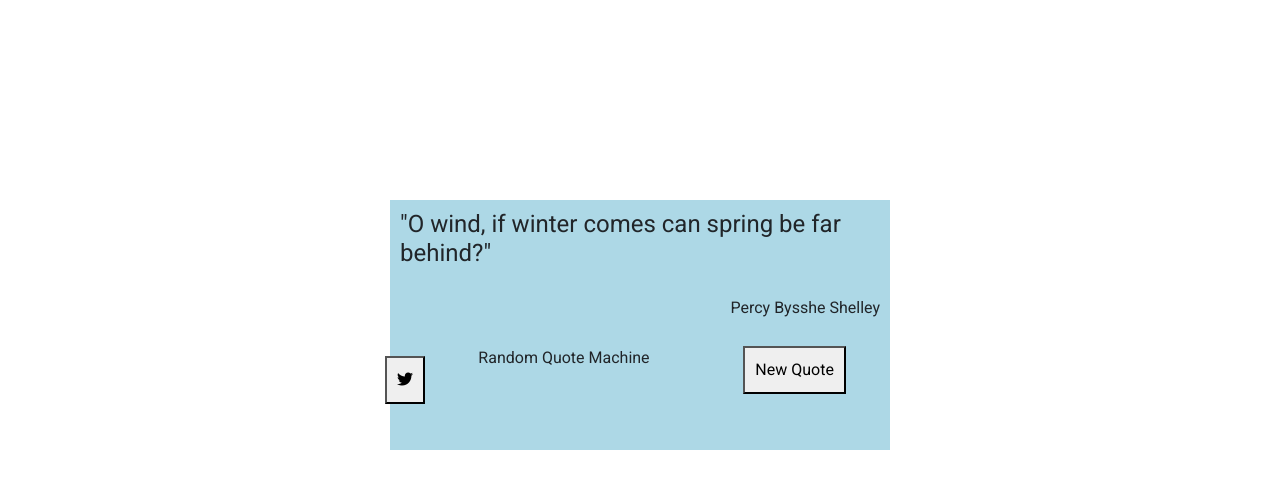
Repository: derektypist/random-quote-machine
Page: index.html
The author's editor kept a record of every edit. The page is drawn from the files as they stood at one moment, then again after the next edit.
The browser window is 1280 px wide. The pictures show the whole page.
Some web libraries are served in a nearby version.

Above is the page before.

### index.html
<!DOCTYPE html>
<html lang="en">

<head>
    <meta charset="UTF-8">
    <meta name="viewport" content="width=device-width, initial-scale=1.0">
    <meta http-equiv="X-UA-Compatible" content="ie=edge">
    <title>Random Quote Machine</title>
    <!-- Load Style Sheets -->
    <link rel="stylesheet" href="https://maxcdn.bootstrapcdn.com/bootstrap/4.4.1/css/bootstrap.min.css" integrity="sha384-Vkoo8x4CGsO3+Hhxv8T/Q5PaXtkKtu6ug5TOeNV6gBiFeWPGFN9MuhOf23Q9Ifjh" crossorigin="anonymous">
    <link rel="stylesheet" href="https://use.fontawesome.com/releases/v5.8.1/css/all.css" integrity="sha384-50oBUHEmvpQ+1lW4y57PTFmhCaXp0ML5d60M1M7uH2+nqUivzIebhndOJK28anvf" crossorigin="anonymous">
    <link href="https://fonts.googleapis.com/css?family=Roboto&display=swap" rel="stylesheet">
    <style>
        /* Quote Box */

        #quote-box {
            font-family: "Roboto", Arial, Verdana, sans-serif;
            background-color: lightblue;
            display: block;
            position: relative;
            top: 200px;
            height: 250px;
            width: 500px;
            margin: auto;

        }

        #text {
            padding: 10px;
        }

        #author {
            text-align: right;
            padding: 10px;
        }

        #tweet-quote {
            padding: 10px;
        }



        #tweet-quote button {
            text-align: center;
            padding: 10px;

        }

        #tweet-quote:hover button {
            background-color: orange;
        }

        #new-quote {
            padding: 10px;
        }
    </style>

    <!-- Load Scripts -->
    <script src="https://ajax.googleapis.com/ajax/libs/jquery/3.4.1/jquery.min.js"></script>
    <script>
        // Define Function for New Quote
        function displayNewQuote() {
            // Set Up Random Index

            let randomIndex = Math.floor(Math.random() * 13);

            // Set Up Constants noting use of Escape Characters

            const possibleText = ["\"Hope smiles from the threshold of the year to come whispering.  It will be happier.\"",
                "\"O wind, if winter comes can spring be far behind?\"",
                "\"Spring is nature's way of saying 'Let's Party'.\"",
                "\"Sweet April showers do spring May Flowers.\"",
                "\"As full of spirit as the month of May, and as gorgeous as the sun in Midsummer.\"",
                "\"There are two seasons in Scotland: June and Winter.\"",
                "\"People don't notice whether it's winter or summer when they're happy.\"",
                "\"Summer Afternoon---summer afternoon; to me those have always been the first two beautiful words in the English Language.\"",
                "\"Autumn is a second spring when every leaf is a flower.\"",
                "\"In seed time learn, in harvest teach, in winter enjoy.\"",
                "\"Winter is the time for comfort, for good food and warmth, for the touch of a friendly hand and a talk beside the fire: it is time for home.\"",
                "\"Thank you for your kind words.\"",
                "\"It looks as though you had a great time Derek.\""
            ];
            const text = possibleText[randomIndex];
            const possibleAuthors = ["Alfred Lord Tennyson",
                "Percy Bysshe Shelley",
                "Robin Williams",
                "Thomas Tusser",
                "William Shakespeare",
                "Billy Connolly",
                "Anton Chekhov",
                "Henry James",
                "Albert Camus",
                "William Blake",
                "Edith Sitwell",
                "Daphne Pink",
                "Andrea Harrison"
            ];
            const author = possibleAuthors[randomIndex];


            // Display Text (Quote) and Author
            $("#text").html(`<h4>${text}</h4>`);
            $("#author").html(`<p>${author}</p>`);


            // Set Up Tweet Quote
            let tweetQuote = text + " " + author + "#quotes";
            $("#tweet-quote").html(
                `<a href="https://twitter.com/intent/tweet/${tweetQuote}" target="_blank" title="Tweet">
                    <button type="button">
                        <i class="fab fa-twitter"></i>
                    </button>
                </a>`
            );
        }




        $(document).ready(displayNewQuote);
    </script>

</head>

<body>
    <!-- Set Up Quote Box with Text and Author-->
    <article id="quote-box">
        <article id="text">
        </article>
        <article id="author">
        </article>
        <!-- Set Up Row -->
        <article class="row">
            <article class="col-sm-2" id="tweet-quote">
            </article>

            <article class="col-sm-6">
                <!-- Display Title (Random Quote Machine) -->
                <p>Random Quote Machine</p>
            </article>

            <article class="col-sm-4">
                <!-- Set Up New Quote Button -->
                <button onclick="displayNewQuote()" title="New Quote" id="new-quote">New Quote</button>
            </article>

        </article>



    </article>



</body>

</html>

After the next edit:
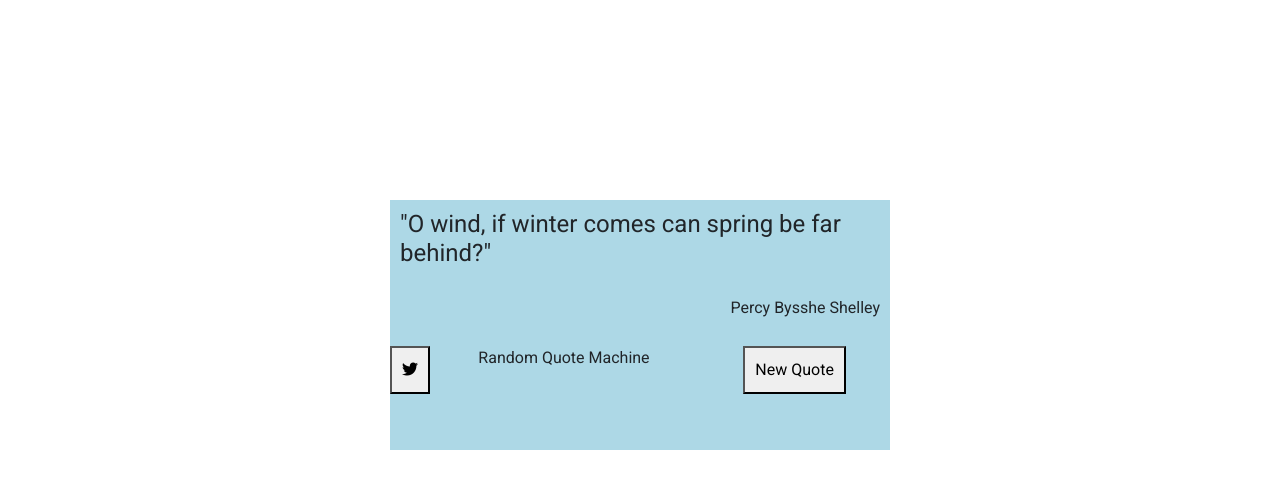
The edit:
--- a/index.html
+++ b/index.html
@@ -34,7 +34,7 @@
             padding: 10px;
         }
 
-        #tweet-quote {
+        #my-buttons {
             padding: 10px;
         }
 
